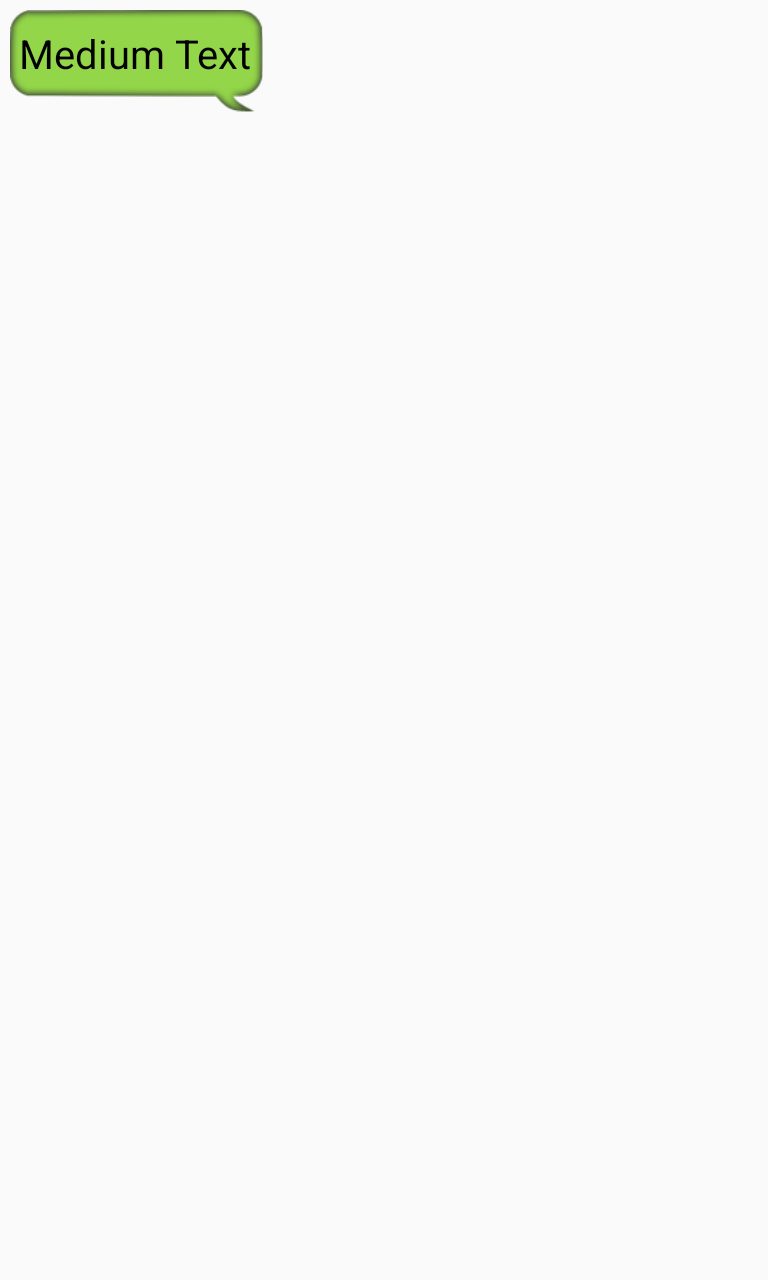
Repository: fareehaamjad/SMI-final
Layout: SecureMobileIdentity/res/layout/sms_row.xml
These files come from the project's save history. The layout is drawn as it stood at one moment and after the next save; the edit follows.
It is drawn on a 768 x 1280 px phone screen (xhdpi) without system bars, with theme AppTheme; the app's code is not run.

Above is the layout before, as saved 2015-08-19 11:05:42.

After the next save:
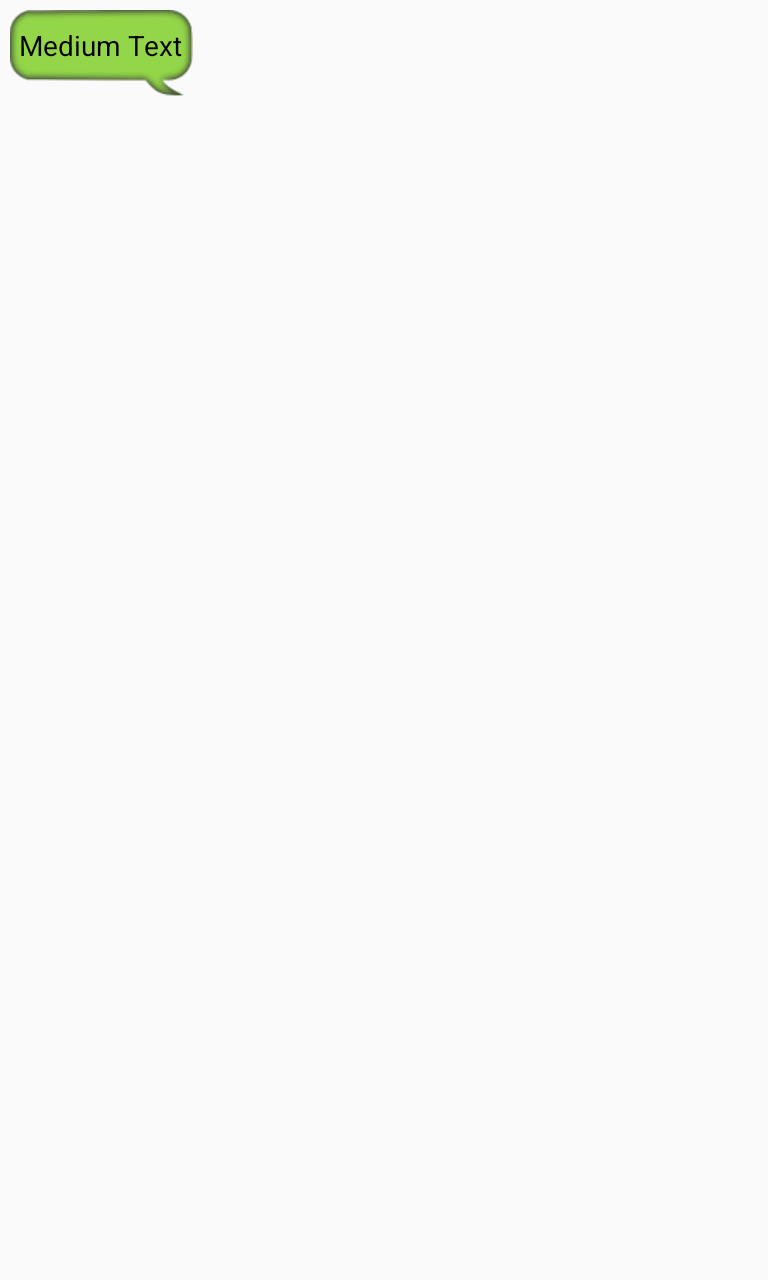
Saved 61 s later.
--- a/SecureMobileIdentity/res/layout/sms_row.xml
+++ b/SecureMobileIdentity/res/layout/sms_row.xml
@@ -15,6 +15,6 @@
         android:shadowDy="1"
         android:text="Medium Text"
         android:textColor="@color/textColor"
-        android:textSize="20sp" />
+        android:textSize="14sp" />
 
 </LinearLayout>
